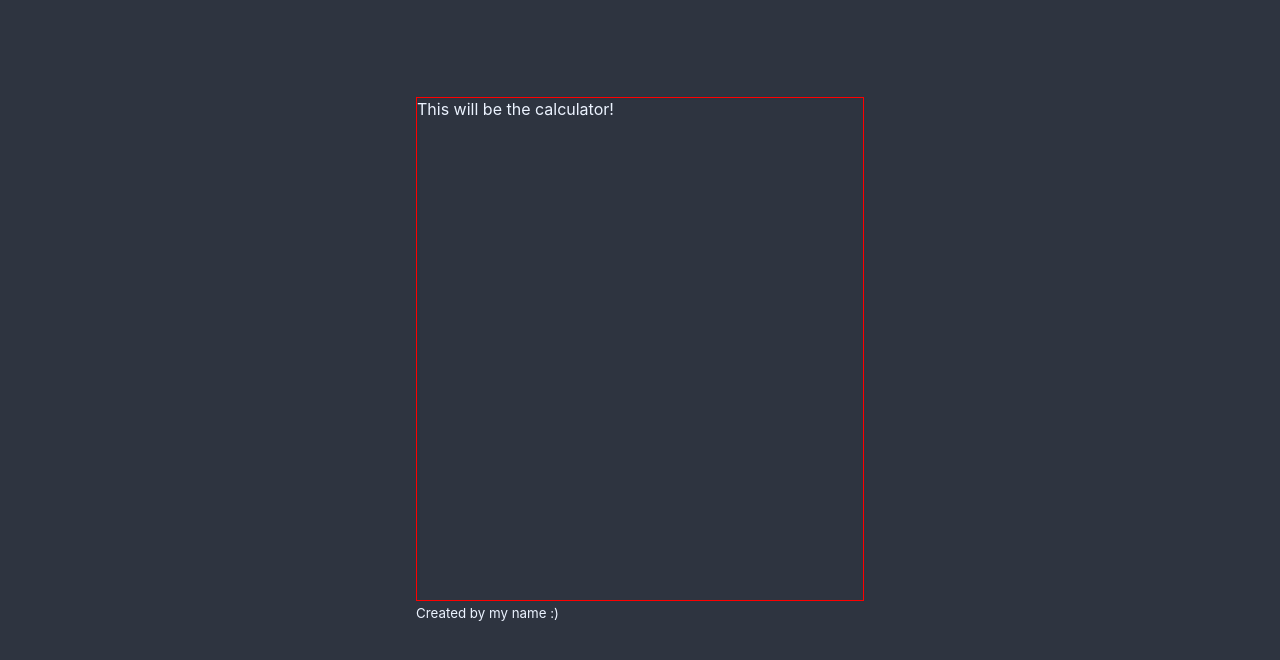
Repository: asing44/FCC
Page: / (app in Front-End-Projects/Calculator/)
The author's editor kept a copy of each file at every save. The page is drawn from the files as they stood at one save, then again after the next save.
The browser window is 1280 px wide. The pictures show the whole page.
The project was rebuilt for these pictures with package versions that can differ from the ones it lists, and the page was loaded fresh each time. Also part of the build but not shown: Front-End-Projects/Calculator/vite.config.js.

Above is the page before, as saved 2024-10-11 18:10:06.

### Front-End-Projects/Calculator/src/assets/main.css
@import './base.css';

#app {
  height: 100vh;
  display: grid;
  place-content: center;
  font-weight: normal;
}

.u_content-center {
  display: grid;
  place-content: center;
}

main {
  display: grid;
  place-content: center;
}

small {
  margin-top: 1rem;
}

### Front-End-Projects/Calculator/src/App.vue
<script setup>
  import Calculator from './Calculator.vue';
</script>

<template>
  <div class="u-centerAlign">
    <main>
      <Calculator />
    </main>
    <small>Created by my name :)</small>
  </div>
</template>

<style scoped>
  small {
    margin-top: 1rem;
  }
</style>

### Front-End-Projects/Calculator/src/assets/base.css
:root {
  --Color-background: #2E3440;
  --Color-text: #ECF3FF;
}

*,
*::before,
*::after {
  box-sizing: border-box;
  margin: 0;
  font-weight: normal;
  transition: all 400ms ease;
}

body {
  min-height: 100vh;
  color: var(--Color-text);
  background: var(--Color-background);
  line-height: 1.4;
  font-family:
    Inter,
    -apple-system,
    BlinkMacSystemFont,
    'Segoe UI',
    Roboto,
    Oxygen,
    Ubuntu,
    Cantarell,
    'Fira Sans',
    'Droid Sans',
    'Helvetica Neue',
    sans-serif;
  font-size: 16px;
  text-rendering: optimizeLegibility;
  -webkit-font-smoothing: antialiased;
  -moz-osx-font-smoothing: grayscale;
}

### Front-End-Projects/Calculator/src/Calculator.vue
<script setup>

</script>

<template>
    <p>This will be the calculator!</p>
</template>

<style scoped>
    p {
        height: 70vh;
        width: 35vw;
        border: 1px solid red;
    }
</style>

Loaded but not shown: Front-End-Projects/Calculator/index.html (common file); Front-End-Projects/Calculator/src/main.js (common file)

After the next save:
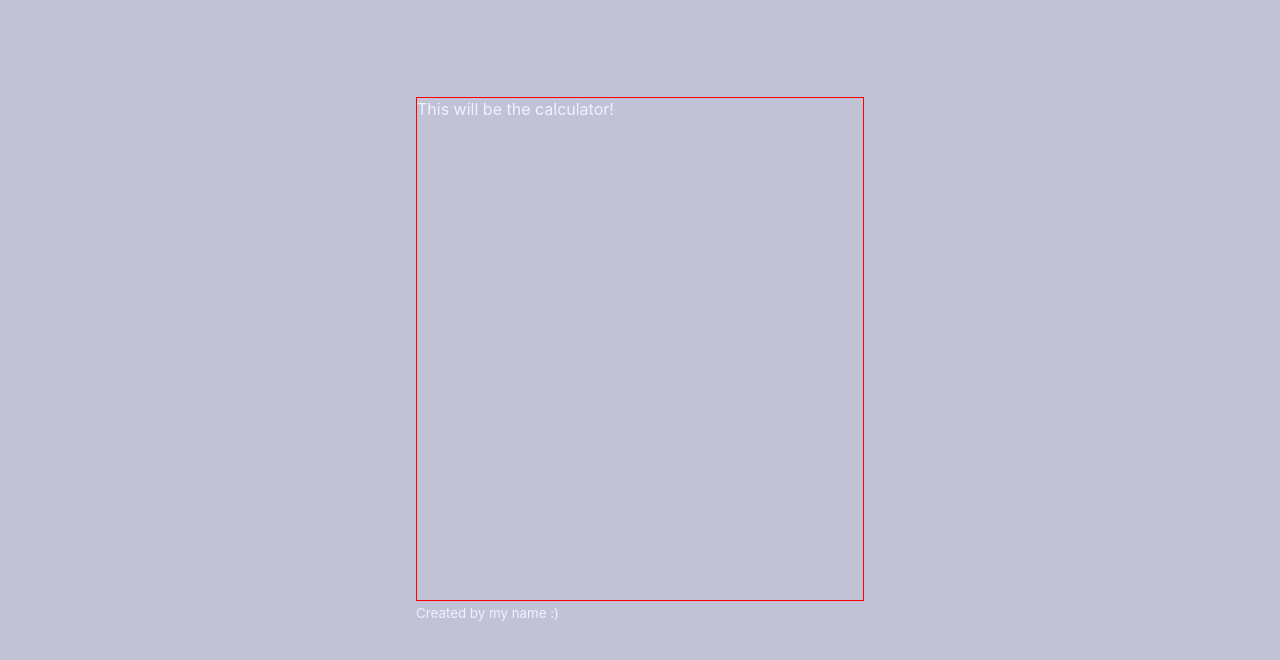
Saved 3 min 11 s later.
--- a/Front-End-Projects/Calculator/src/assets/base.css
+++ b/Front-End-Projects/Calculator/src/assets/base.css
@@ -1,5 +1,5 @@
 :root {
-  --Color-background: #2E3440;
+  --Color-background: #C2C2D7;
   --Color-text: #ECF3FF;
 }
 

After the 2 saves that followed:
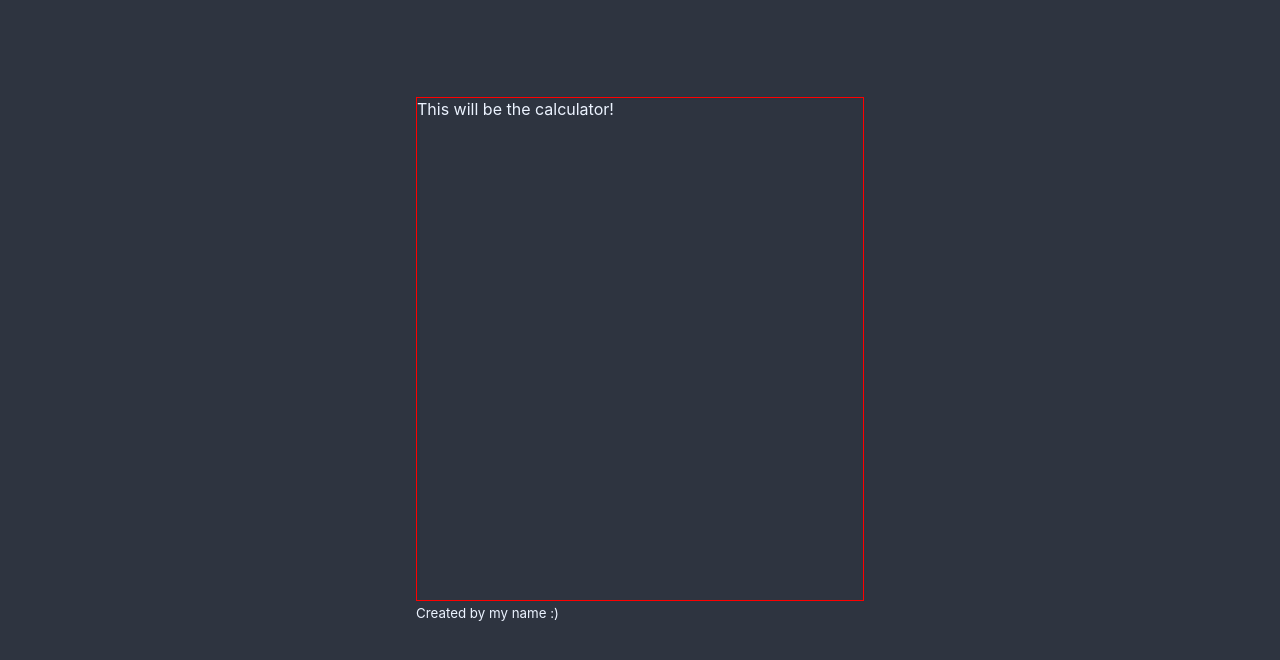
The 2 saves are shown as one change because 1 left the picture as it was.
The last was saved 40 s later.
--- a/Front-End-Projects/Calculator/src/assets/base.css
+++ b/Front-End-Projects/Calculator/src/assets/base.css
@@ -1,5 +1,5 @@
 :root {
-  --Color-background: #C2C2D7;
+  --Color-background: #2E3440;
   --Color-text: #ECF3FF;
 }
 
